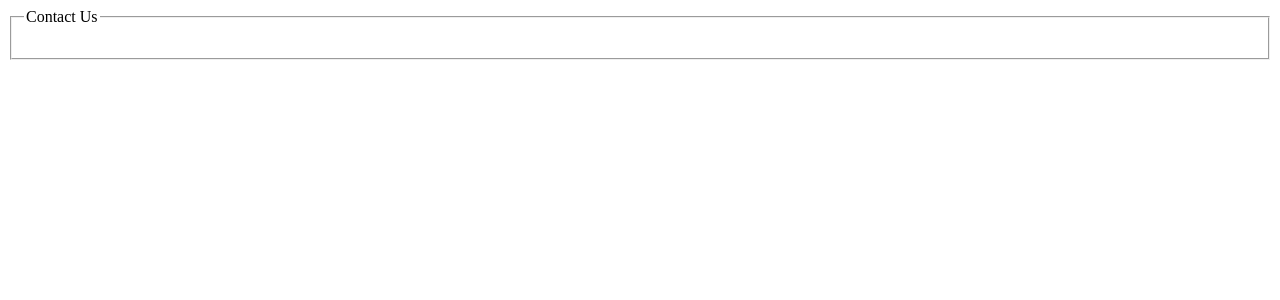
Repository: samuraijane/dc-builders
Page: week6/1-tuesday/homework/exercise2/index.html
An editor plug-in stored every save of this project. The page is shown before and after the next save, followed by the edit.
The browser window is 1280 px wide. The pictures show the whole page.

Above is the page before, as saved 2020-08-13 17:19:17.

### week6/1-tuesday/homework/exercise2/index.html
<!doctype html>

<html lang="en">
  <head>
    <meta charset="utf-8">
    <title>Week6 – Tuesday Homework Exercise 2</title>
    <meta name="description" content="Week6 – Tuesday Homework Exercise 2">
    <meta name="author" content="<yourNameGoesHere>">
    <link rel="stylesheet" href="style.css">
  </head>

  <body>
    <fieldset>
      <legend>Contact Us</legend>
      <p>
        <label for="name"></label>
      </p>



    </fieldset>
    <script src="script.js"></script>
  </body>
</html>

Loaded but not shown: week6/1-tuesday/homework/exercise2/style.css (no copy from this time; the picture is the same without it); week6/1-tuesday/homework/exercise2/script.js (empty)

After the next save:
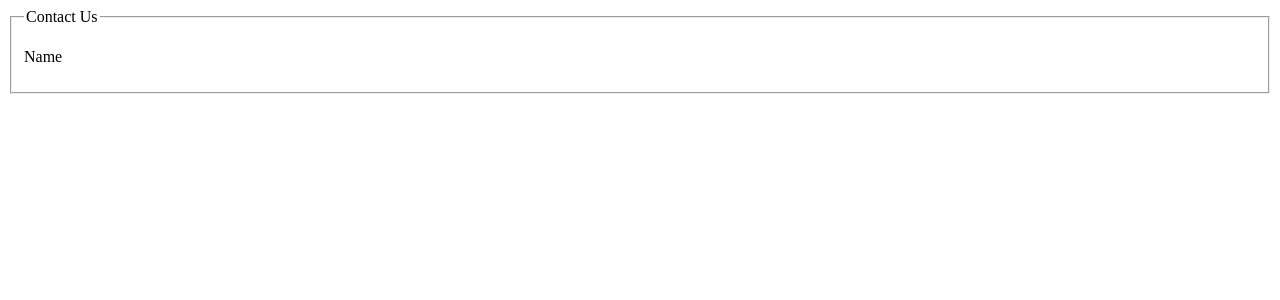
Saved 4 s later.
--- a/week6/1-tuesday/homework/exercise2/index.html
+++ b/week6/1-tuesday/homework/exercise2/index.html
@@ -13,7 +13,7 @@
     <fieldset>
       <legend>Contact Us</legend>
       <p>
-        <label for="name"></label>
+        <label for="name"> Name</label>
       </p>
 
 
